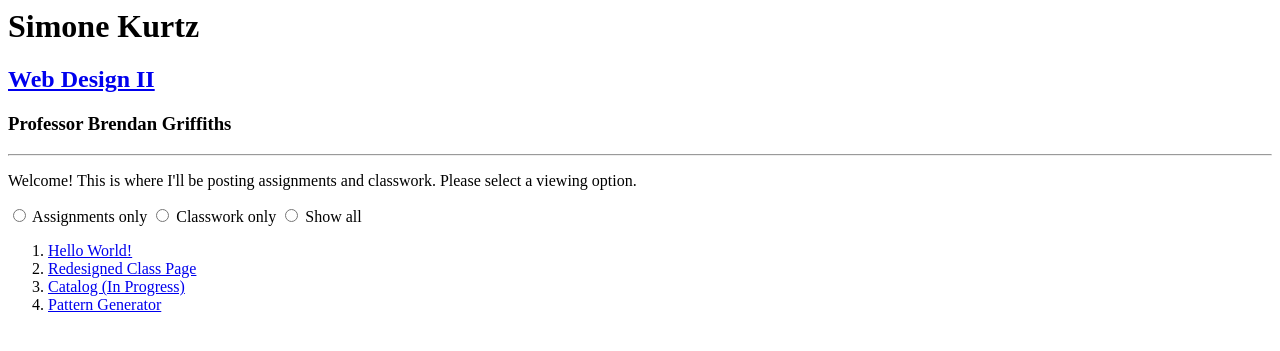
Repository: simonekurtz/simonekurtz.github.io
Page: index.html
The author's editor kept a record of every edit. The page is drawn from the files as they stood at one moment, then again after the next edit.
The browser window is 1280 px wide. The pictures show the whole page.

Above is the page before.

### index.html
<html>
    <head>
       <title>Simone Kurtz's Homepage</title>
    </head>
    <body>
        <h1>Simone Kurtz</h1>
        <h2><a href="http://web2.ga">Web Design II</a></h2>
        <h3>Professor Brendan Griffiths</h3>
        <hr>
        <p>Welcome! This is where I'll be posting assignments and classwork. Please select a viewing option.</p>
        <input type="radio" name="Assignments"> Assignments only
        <input type="radio" name="Class"> Classwork only
        <input type="radio" name="All"> Show all
        <br>
        <ol>
            <li><a href="1ASGN_HelloWorld/HelloWorld.html">Hello World!</a></li>
            <li><a href="2ASGN_ClassPage/ClassPage.html">Redesigned Class Page</a></li>
            <li><a href="3ASGN_Catalog/index.html">Catalog (In Progress)</a></li>
            <li><a href="4ASGN_JAVA1/index.html">Pattern Generator</a></li>
        </ol>
    </body>
</html>

After the next edit:
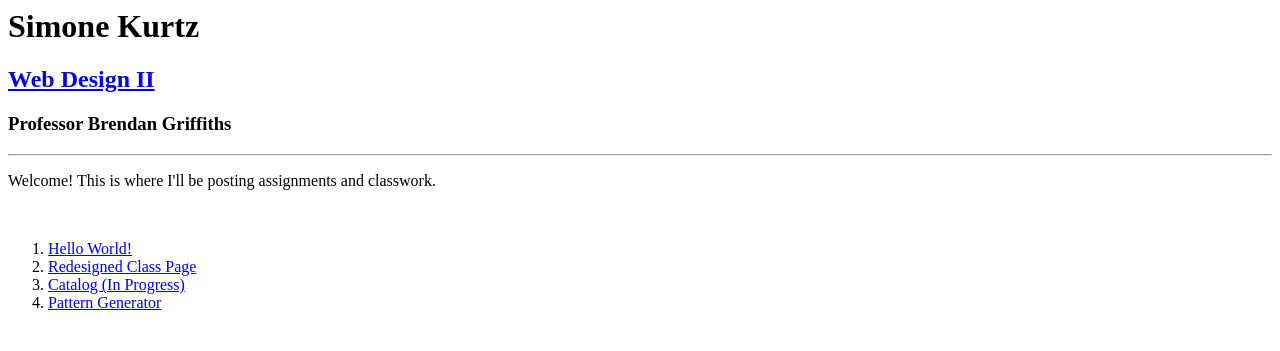
The edit:
--- a/index.html
+++ b/index.html
@@ -7,10 +7,7 @@
         <h2><a href="http://web2.ga">Web Design II</a></h2>
         <h3>Professor Brendan Griffiths</h3>
         <hr>
-        <p>Welcome! This is where I'll be posting assignments and classwork. Please select a viewing option.</p>
-        <input type="radio" name="Assignments"> Assignments only
-        <input type="radio" name="Class"> Classwork only
-        <input type="radio" name="All"> Show all
+        <p>Welcome! This is where I'll be posting assignments and classwork.</p>
         <br>
         <ol>
             <li><a href="1ASGN_HelloWorld/HelloWorld.html">Hello World!</a></li>
